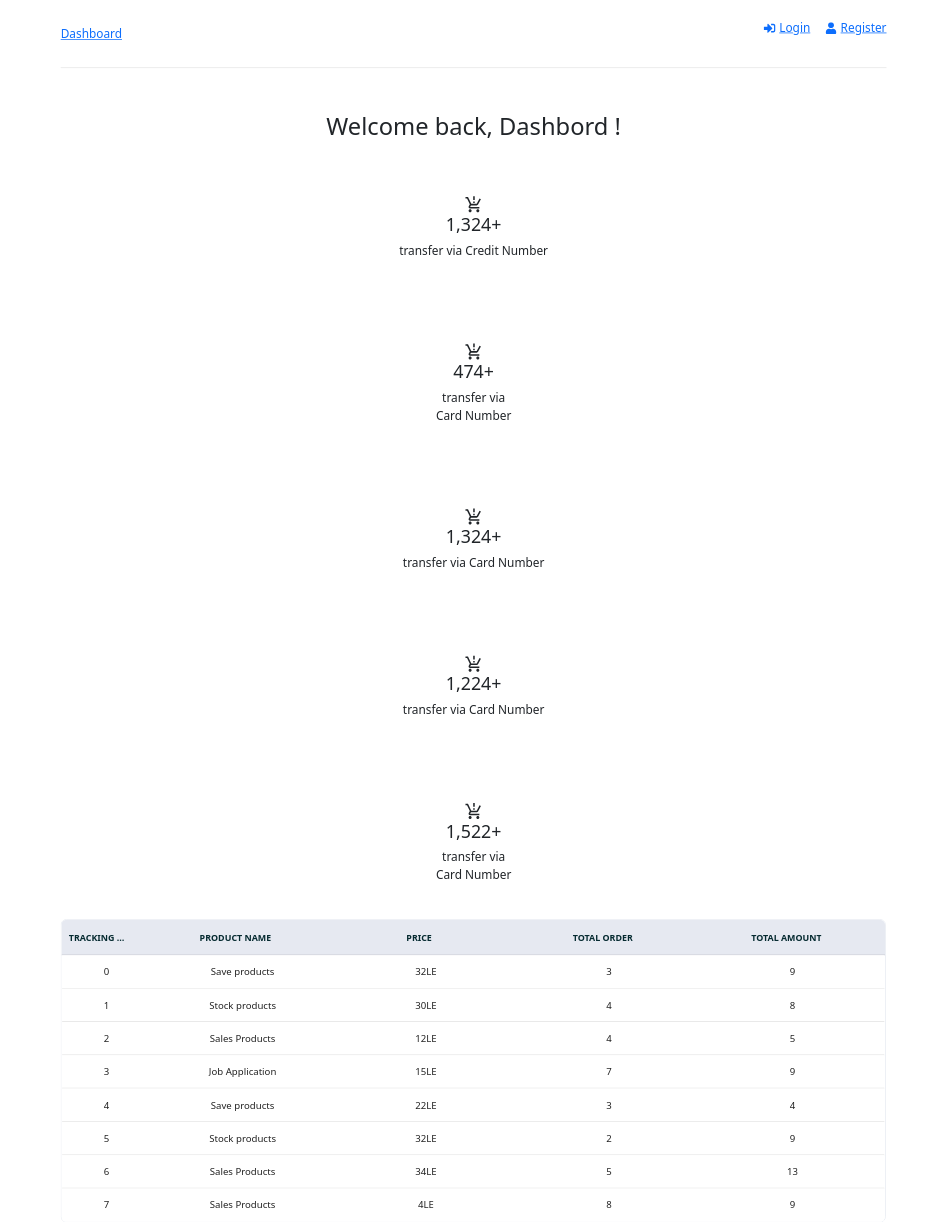
Repository: OmniaRafat232111121/DashboardTailwind
Page: /
The author's editor kept a copy of each file at every save. The page is drawn from the files as they stood at one save, then again after the next save.
The browser window is 1280 px wide. The pictures show the whole page, at 74% of full size.
The project was rebuilt for these pictures with package versions that can differ from the ones it lists, and the page was loaded fresh each time. Also part of the build but not shown: src/components/Spinner.jsx, src/pages/Login.jsx, src/pages/Register.jsx.

Above is the page before, as saved 2023-01-26 20:07:26.

After the next save:
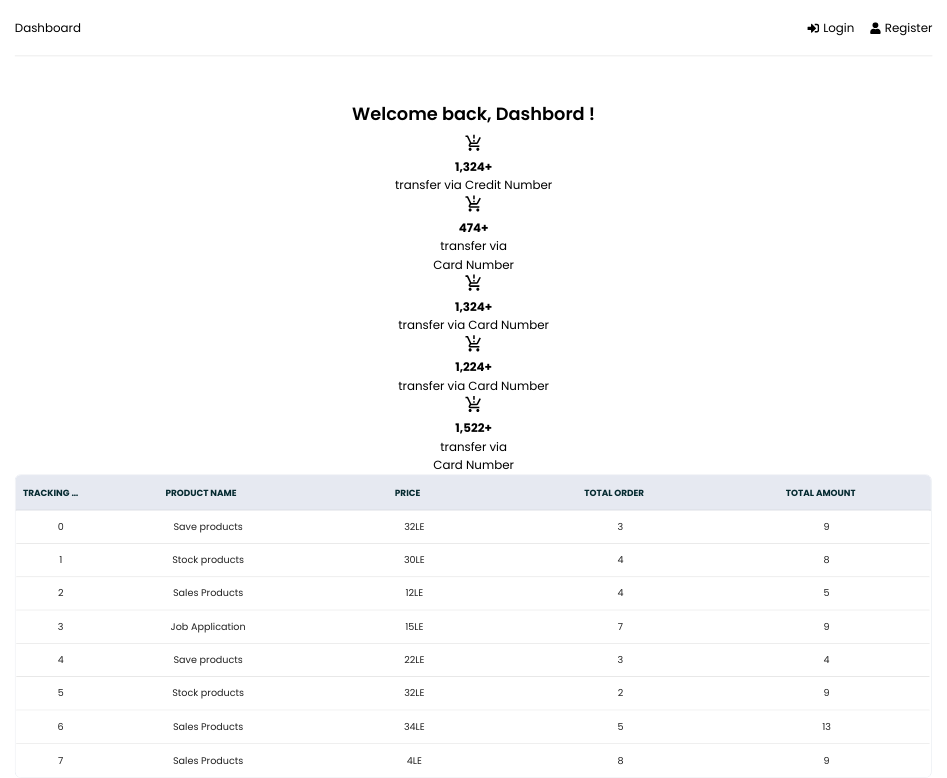
Saved 31 s later.
--- a/src/index.js
+++ b/src/index.js
@@ -2,7 +2,6 @@ import React from 'react';
 import ReactDOM from 'react-dom';
 import './index.css';
 import 'react-toastify/dist/ReactToastify.css';
-import 'bootstrap/dist/css/bootstrap.min.css'
 import App from './App';
 import { store } from './app/store';
 import { Provider } from 'react-redux';
